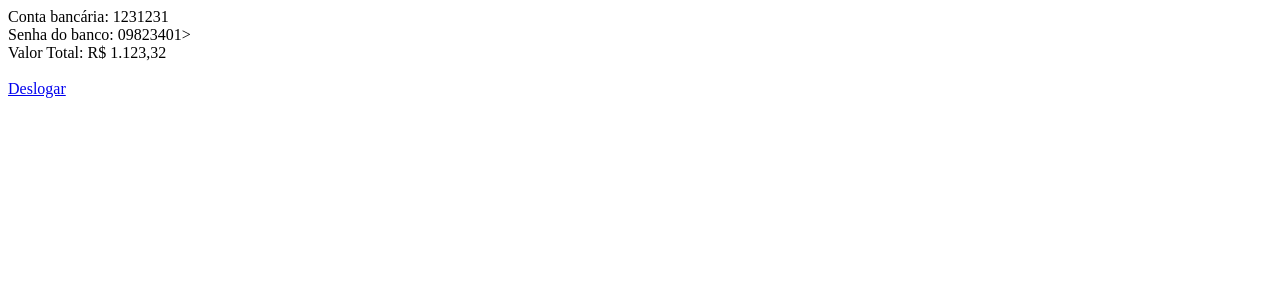
Repository: fcampara/java-web-begin
Page: http://localhost/JavaWeb/Login.jsp
An editor plug-in stored every save of this project. The page is shown before and after the next save, followed by the edit.
The browser window is 1280 px wide. The pictures show the whole page.
The page is served by Tomcat 9.

Above is the page before, as saved 2018-09-04 19:01:26.

After the next save:
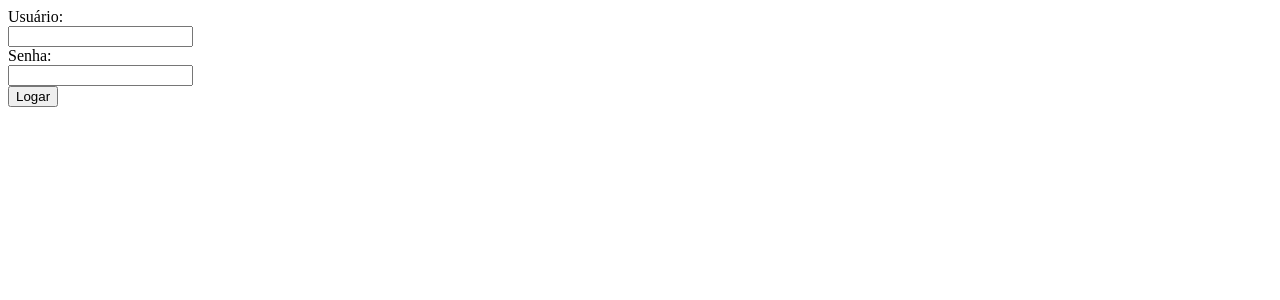
Saved 1 s later.
--- a/JavaWeb/WebContent/Login.jsp
+++ b/JavaWeb/WebContent/Login.jsp
@@ -7,9 +7,11 @@
 	</head>
 
 	<body>
-		Conta bancária: 1231231 </br>
-		Senha do banco:  09823401> </br>
-		Valor Total: R$ 1.123,32 </br>
-		</br> <a href="Login.jsp"> Deslogar </a>
+		<form action="DadosPessoais.jsp" method="post">
+			Usuário: <br/><input type="text" name="usuario"/><br/>
+			Senha: <br/><input type="password" name="senha"><br />
+			<input type="submit" value="Logar">
+
+		</form>
 	</body>
 </html>
